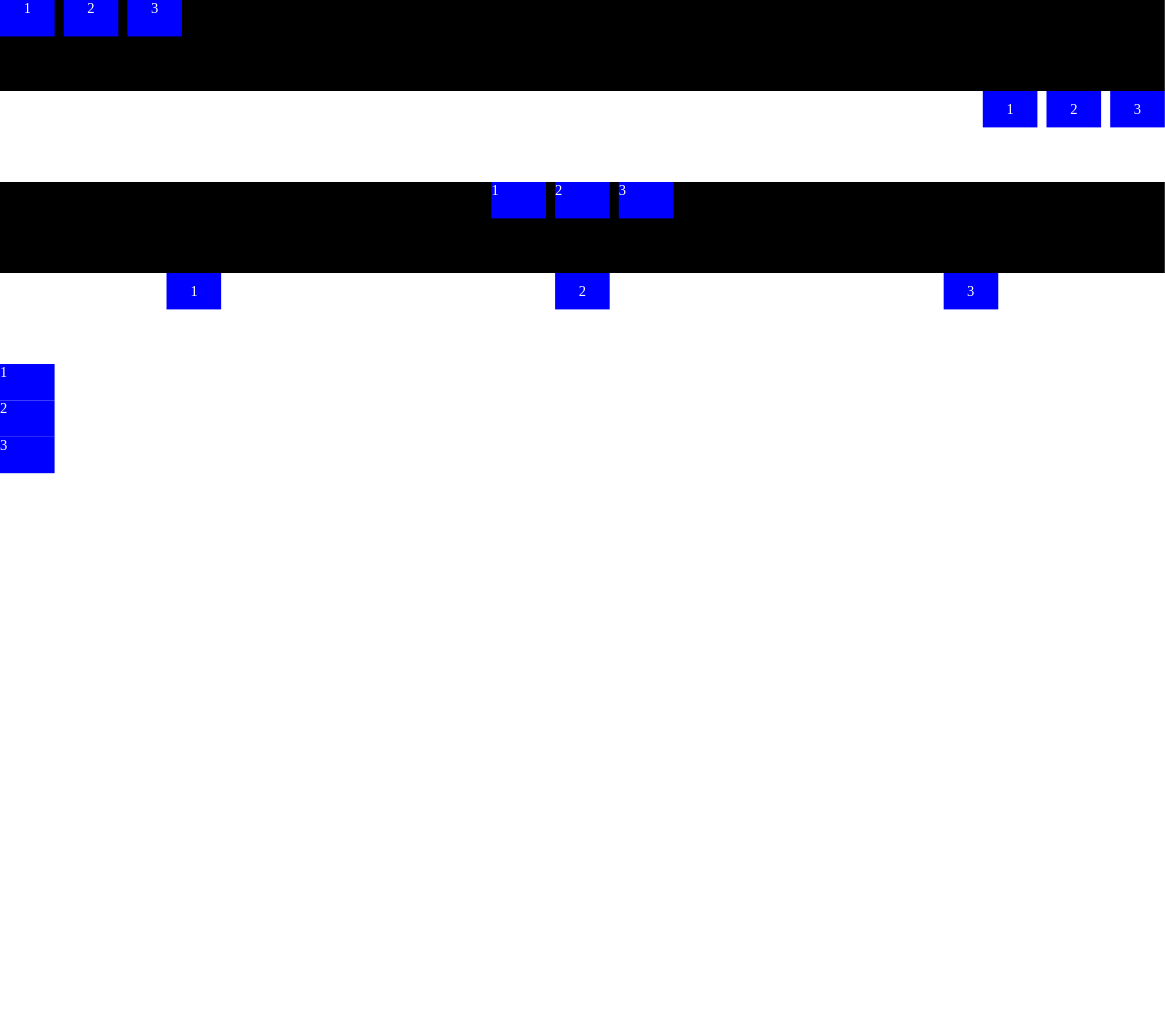
Repository: Elesion08/flexbox
Page: index.html
The author's editor kept a copy of each file at every save. The page is drawn from the files as they stood at one save, then again after the next save.
The browser window is 1280 px wide. The pictures show the whole page, at 91% of full size.

Above is the page before, as saved 2025-04-14 11:43:12.

### index.html
<!DOCTYPE html>
<html lang="pt-br">
<head>
    <meta charset="UTF-8">
    <meta name="viewport" content="width=device-width, initial-scale=1.0">
    <title>Flexbox - AULA 04</title>
    <link rel="stylesheet" href="style.css">
</head>
<body>
    <div class="container">
        <div class="container__card1">
            <div class="box1">1</div>
            <div class="box1">2</div>
            <div class="box1">3</div>
        </div>
        <div class="container__card2">
            <div class="box2">1</div>
            <div class="box2">2</div>
            <div class="box2">3</div>
        </div>
        <div class="container__card3">
            <div class="box3">1</div>
            <div class="box3">2</div>
            <div class="box3">3</div>
        </div>
        <div class="container__card4">
            <div class="box4">1</div>
            <div class="box4">2</div>
            <div class="box4">3</div>
        </div>
        <div class="container__card5">
            <div class="box5">1</div>
            <div class="box5">2</div>
            <div class="box5">3</div>
        </div>
    </div>
</body>
</html>

### style.css
* {
    margin: 0;
    padding: 0;
    height: 100vh;
    width: 100%;
    box-sizing: border-box;
}

.container__card1 {
    /*Deixar os itens flexiveis em suas posições*/
    display: flex;
    /*cor de fundo da div*/
    background-color: black;
    /*Distância entre os elementos filhos*/
    gap: 10px;
    /*altura do elemento*/
    height: 100px;
}

.box1 {
    /*Alinha o texto horizontalmente no centro*/
    text-align: center;
    color: white;
    background-color: blue;
    height: 40px;
    width: 60px;
}

.container__card2 {
    display: flex;
    background-color: white;
    height: 100px;
    justify-content: flex-end;
    gap: 10px;

}

.box2 {

    display: flex;
    justify-content: center;
    /*Alinha os itens verticamente no centro*/
    align-items: center;
    color: white;
    background-color: blue;
    height: 40px;
    width: 60px;
}

.container__card3 {
    /*Deixar os itens flexiveis em suas posições*/
    display: flex;
    /*Centraliza os elementos filhos*/
    justify-content: center;
    /*cor de fundo da div*/
    background-color: black;
    /*Distância entre os elementos filhos*/
    gap: 10px;
    /*altura do elemento*/
    height: 100px;
}

.box3 {
    color: white;
    background-color: blue;
    height: 40px;
    width: 60px;
}

.container__card4 {
    display: flex;
    justify-content: space-around;
    background-color: white;
    height: 100px;

}

.box4 {

    display: flex;
    justify-content: center;
    /*Alinha os itens verticamente no centro*/
    align-items: center;
    color: white;
    background-color: blue;
    height: 40px;
    width: 60px;
}

.container__card3 {
    /*Deixar os itens flexiveis em suas posições*/
    display: flex;
    /*Centraliza os elementos filhos*/
    justify-content: center;
    /*cor de fundo da div*/
    background-color: black;
    /*Distância entre os elementos filhos*/
    gap: 10px;
    /*altura do elemento*/
    height: 100px;
}

.box5 {
    color: white;
    background-color: blue;
    height: 40px;
    width: 60px;
}

After the next save:
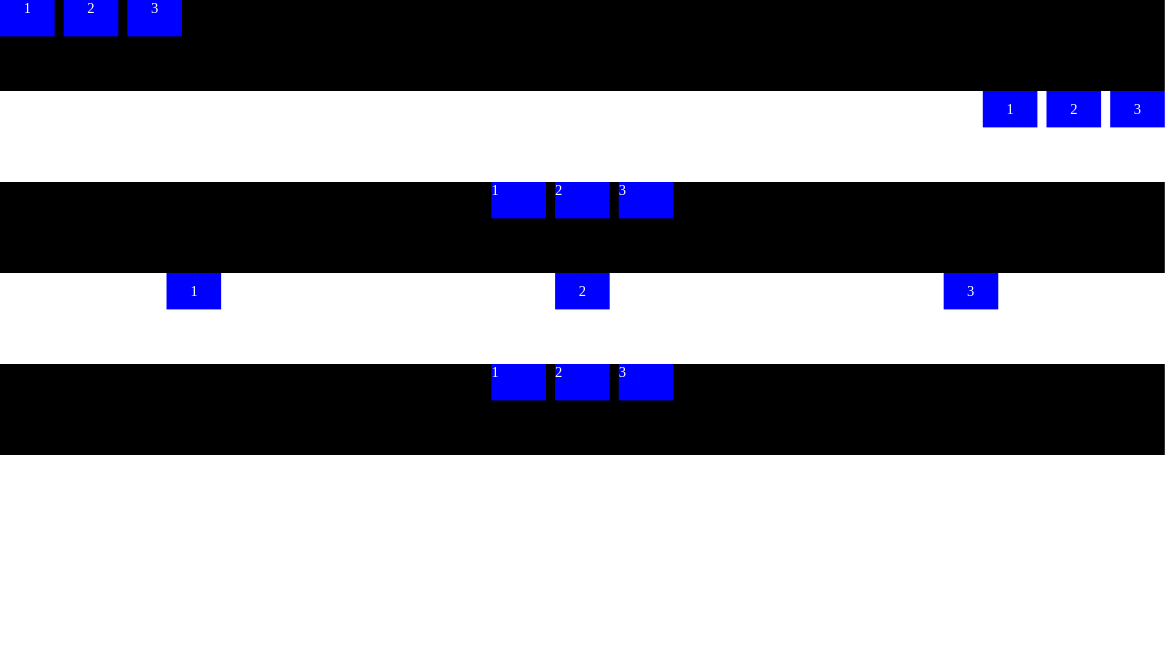
Saved 5 s later.
--- a/style.css
+++ b/style.css
@@ -87,7 +87,7 @@
     width: 60px;
 }
 
-.container__card3 {
+.container__card5 {
     /*Deixar os itens flexiveis em suas posições*/
     display: flex;
     /*Centraliza os elementos filhos*/
